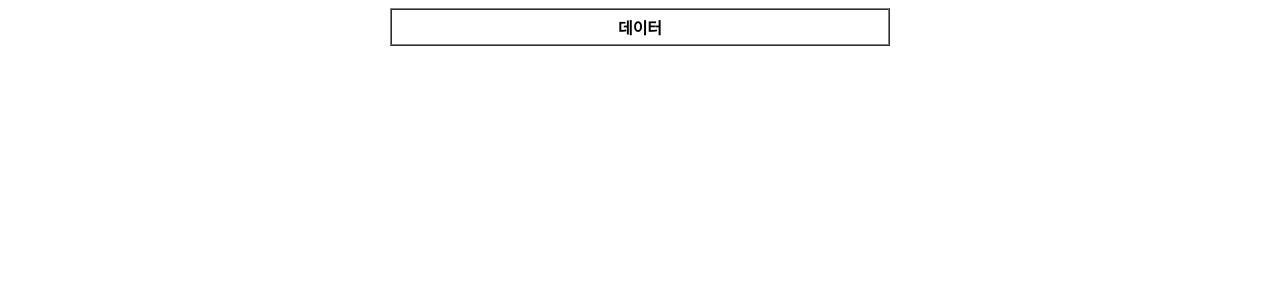
Repository: sangah-park98/jsp-class
Page: k20230503_1_html/src/main/webapp/23_table_tr_th_td.html
These files come from the project's save history. The page is drawn as it stood at one moment and after the next save; the edit follows.
The browser window is 1280 px wide. The pictures show the whole page.

Above is the page before, as saved 2023-05-04 03:18:44.

After the next save:
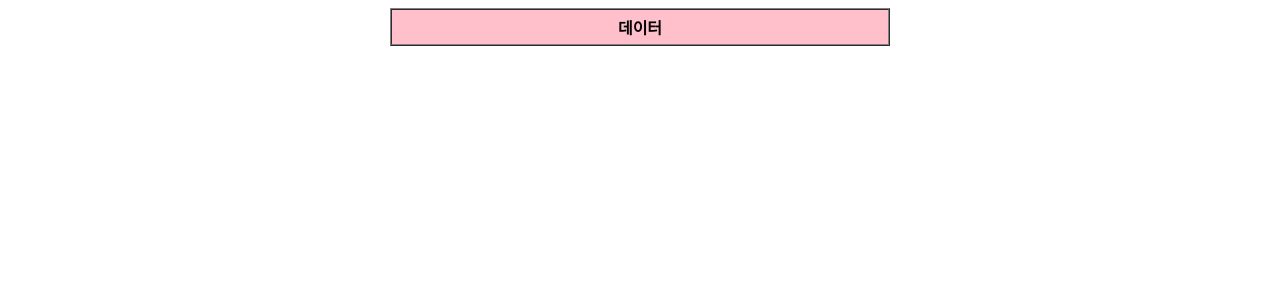
Saved 37 s later.
--- a/k20230503_1_html/src/main/webapp/23_table_tr_th_td.html
+++ b/k20230503_1_html/src/main/webapp/23_table_tr_th_td.html
@@ -34,7 +34,7 @@
 
 -->
 
-<table width="500" border="1" align="center" cellspacing="0" cellpadding="5">
+<table width="500" border="1" align="center" cellspacing="0" cellpadding="5" bgcolor="pink">
 
 	<tr>
 		<th>
